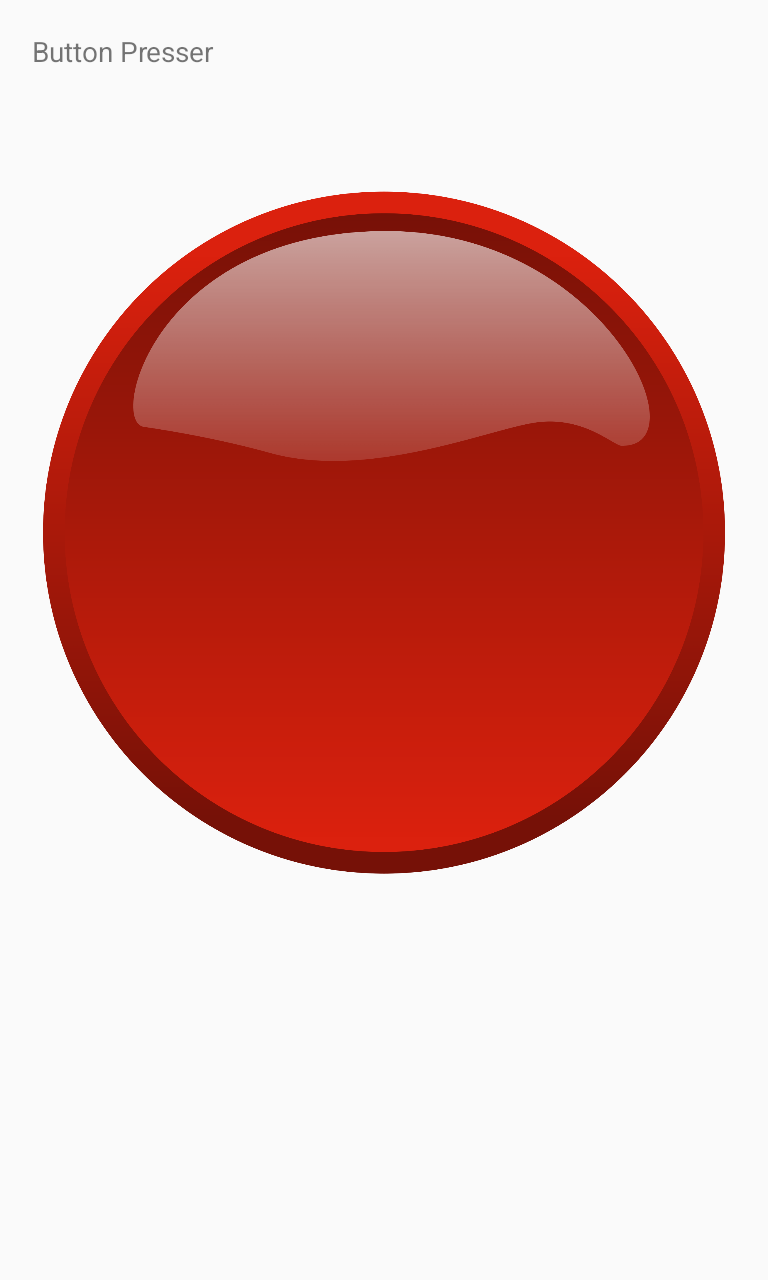
Repository: sameerisa/idtech-yale-android
Layout: ButtonPresser/res/layout/fragment_main.xml
An editor plug-in stored every save of this project. The layout is shown before and after the next save, followed by the edit.
It is drawn on a 768 x 1280 px phone screen (xhdpi) without system bars, with theme AppTheme; the app's code is not run.

Above is the layout before, as saved 2014-06-25 15:36:41.

### ButtonPresser/res/layout/fragment_main.xml
<RelativeLayout xmlns:android="http://schemas.android.com/apk/res/android"
    xmlns:tools="http://schemas.android.com/tools"
    android:layout_width="match_parent"
    android:layout_height="match_parent"
    android:paddingBottom="@dimen/activity_vertical_margin"
    android:paddingLeft="@dimen/activity_horizontal_margin"
    android:paddingRight="@dimen/activity_horizontal_margin"
    android:paddingTop="@dimen/activity_vertical_margin"
    tools:context="com.example.buttonpresser.MainActivity$PlaceholderFragment" >

    <TextView
        android:layout_width="100sp"
        android:layout_height="100sp"
        android:text="Button Presser" />
<ImageView
   android:id="@+id/button"
   android:layout_width="500dp"
   android:layout_height="500dp"
   android:src="@drawable/button" />

   </RelativeLayout>

Loaded but not shown: ButtonPresser/res/values/styles.xml (common file); ButtonPresser/res/values-v11/styles.xml (common file); ButtonPresser/res/values-v14/styles.xml (common file); ButtonPresser/res/values/dimens.xml (common file); ButtonPresser/res/values-w820dp/dimens.xml (common file)

After the next save:
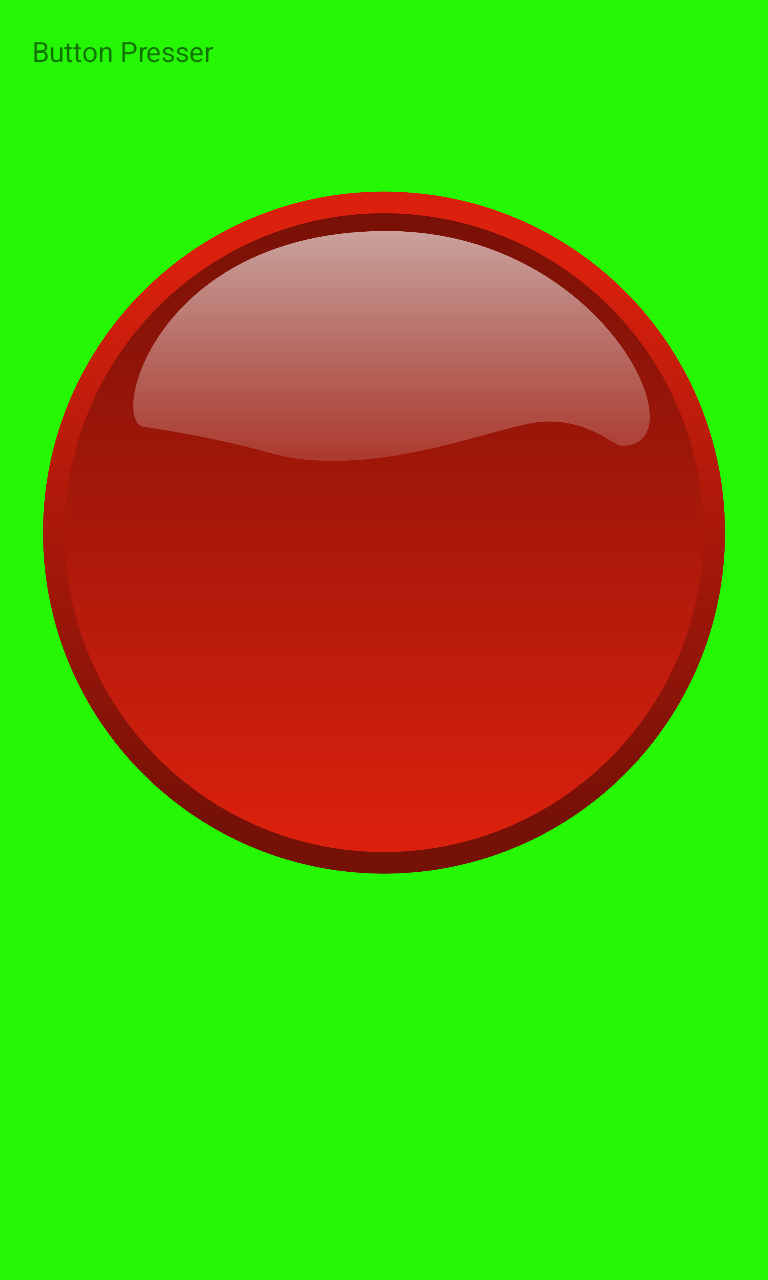
Saved 4 min 21 s later.
--- a/ButtonPresser/res/layout/fragment_main.xml
+++ b/ButtonPresser/res/layout/fragment_main.xml
@@ -6,11 +6,12 @@
     android:paddingLeft="@dimen/activity_horizontal_margin"
     android:paddingRight="@dimen/activity_horizontal_margin"
     android:paddingTop="@dimen/activity_vertical_margin"
-    tools:context="com.example.buttonpresser.MainActivity$PlaceholderFragment" >
+    tools:context="com.example.buttonpresser.MainActivity$PlaceholderFragment"
+    android:background="#25f704">
 
     <TextView
-        android:layout_width="100sp"
-        android:layout_height="100sp"
+        android:layout_width="wrap_content"
+        android:layout_height="wrap_content"
         android:text="Button Presser" />
 <ImageView
    android:id="@+id/button"
